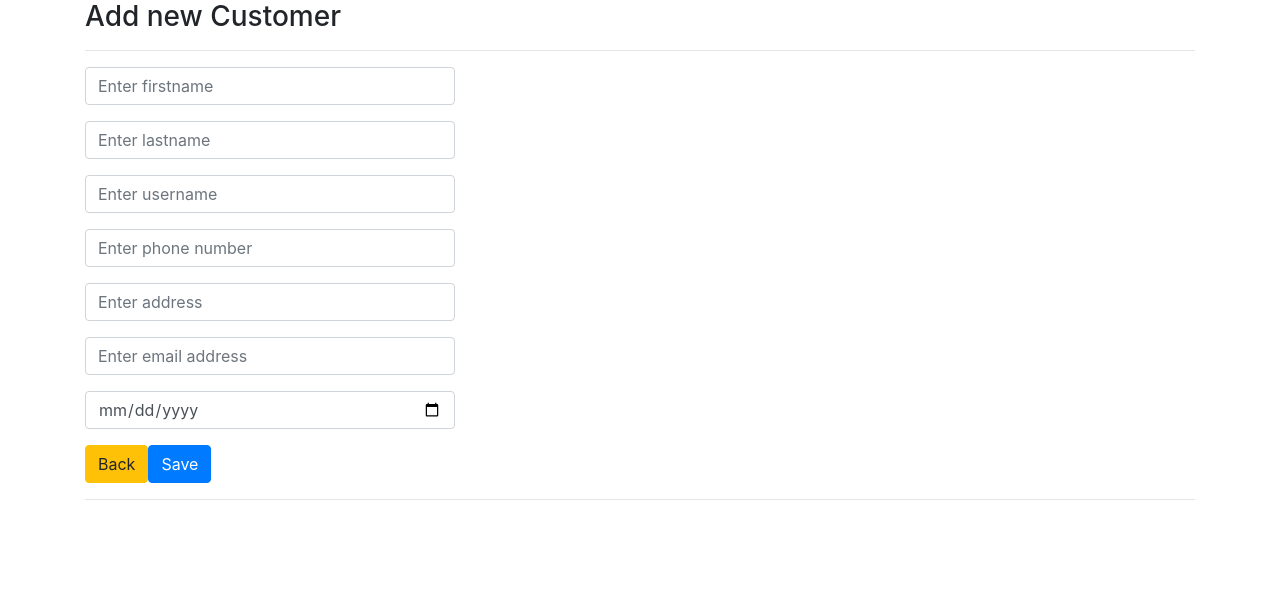
Repository: messimacky/Movie-Rental-System-Front-End
Page: /add-customer
The author's editor kept a copy of each file at every save. The page is drawn from the files as they stood at one save, then again after a run of saves.
The browser window is 1280 px wide. The pictures show the whole page.
The project was rebuilt for these pictures with package versions that can differ from the ones it lists, and the page was loaded fresh each time. Also part of the build but not shown: src/services/movie.service.js, src/components/AddMovie.js, src/components/MoviesList.js, src/components/NotFound.js, src/components/login/Login.js, src/components/CustomerList.js, src/services/rental.service.js, src/components/RentalsList.js and 5 more.

Above is the page before, as saved 2022-05-09 11:21:45.

After the next 2 saves:
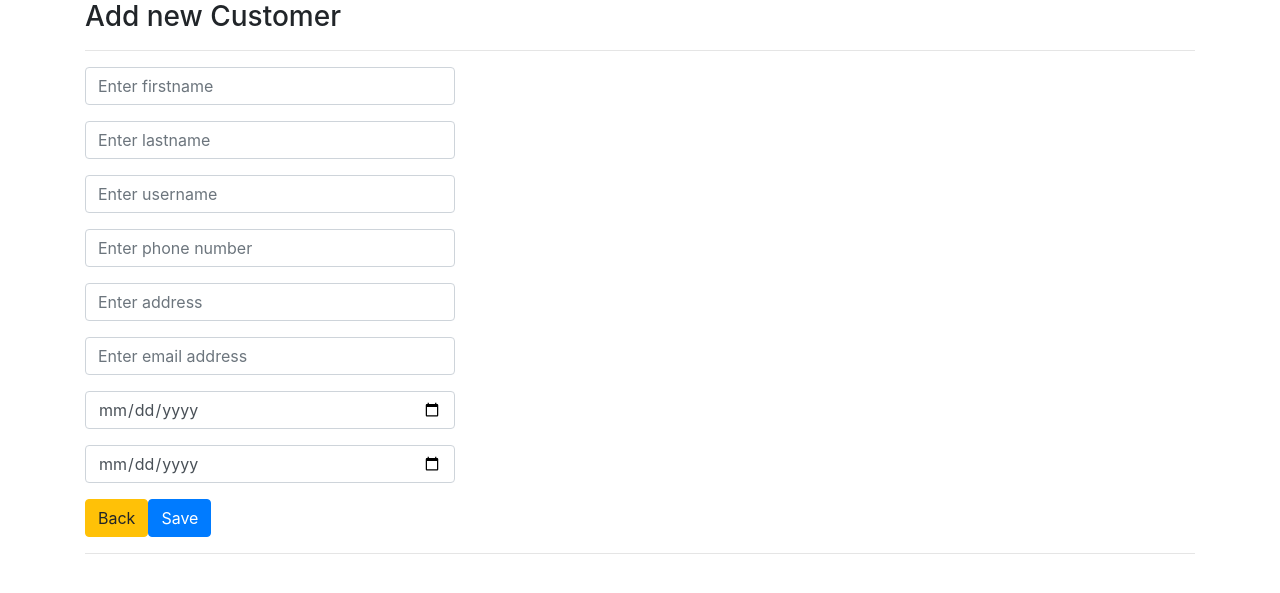
The 2 saves are shown as one change because 1 did not build or start.
The last was saved 117 s later.
--- a/src/components/AddCustomer.js
+++ b/src/components/AddCustomer.js
@@ -159,6 +159,17 @@ const AddCustomer = () => {
                     <input
                         type="date"
                         className="form-control col-4"
+                        id="createdBy"
+                        value={creationDate}
+                        onChange={(e) => setCreatedBy(e.target.value)}
+                    />
+                </div>
+
+
+                <div className="form-group">
+                    <input
+                        type="date"
+                        className="form-control col-4"
                         id="creationDate"
                         value={creationDate}
                         onChange={(e) => setCreationDate(e.target.value)}
